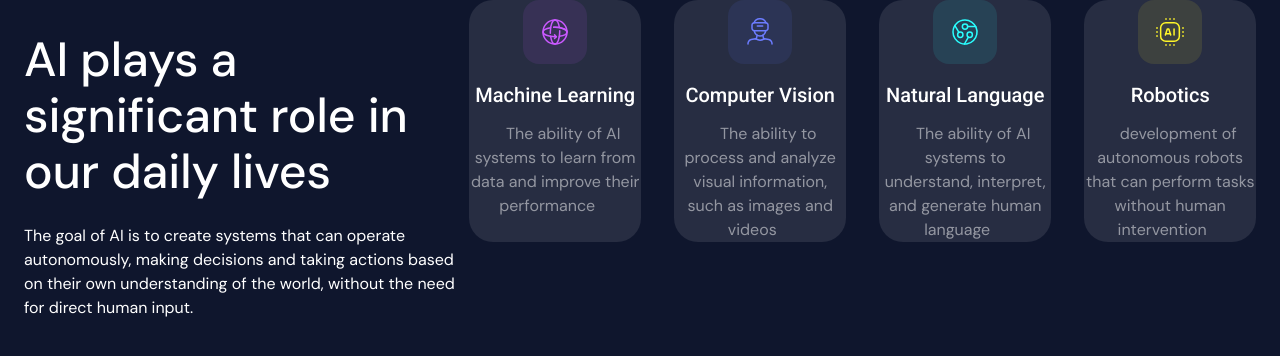
Repository: alphatra/INVO-Academy
Page: / (app in [lvl 1] Sekcja 4 obszarów AI/Starter-code/)
The author's editor kept a copy of each file at every save. The page is drawn from the files as they stood at one save, then again after a run of saves.
The browser window is 1280 px wide. The pictures show the whole page.
The project was rebuilt for these pictures with package versions that can differ from the ones it lists, and the page was loaded fresh each time.

Above is the page before, as saved 2023-02-24 13:08:35.
Console error: TypeError: Cannot read properties of null (reading 'addEventListener')

After the next 2 saves:
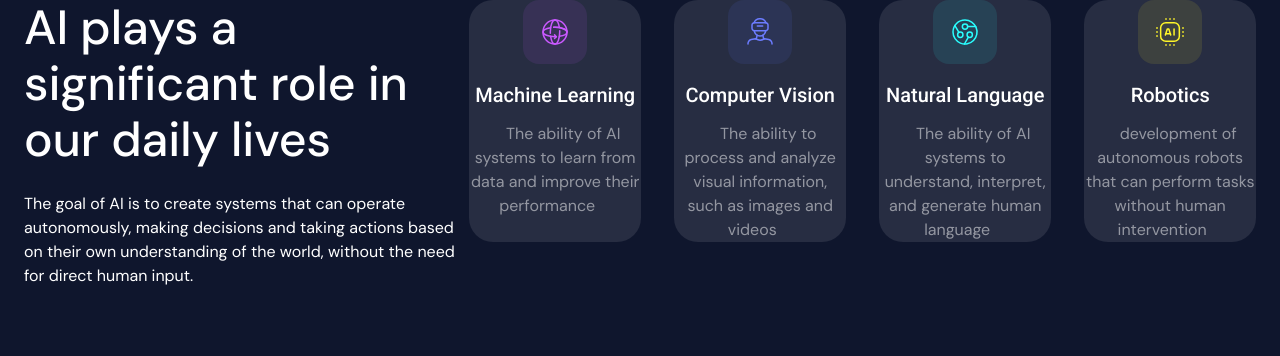
The 2 saves are shown as one change because they came seconds apart.
The last was saved 54 s later.
--- a/[lvl 1] Sekcja 4 obszarów AI/Starter-code/src/pages/home-page/styles/home-page.scss
+++ b/[lvl 1] Sekcja 4 obszarów AI/Starter-code/src/pages/home-page/styles/home-page.scss
@@ -22,6 +22,7 @@
     .header {
         &__text {
             h1 {
+                margin-block-start: 0;
                 font-size: 48px;
                 line-height: 56px;
                 font-weight: 500;
